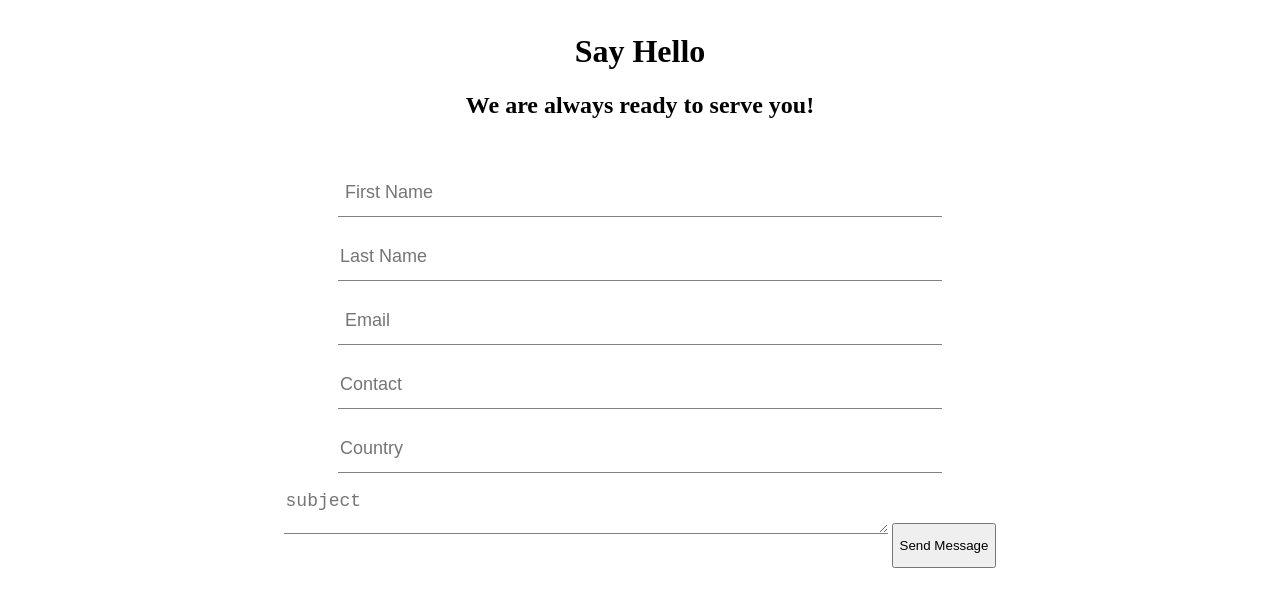
Repository: Owusuharriet/HW1-HAMAH.index.html
Page: index.htm
The author's editor kept a copy of each file at every save. The page is drawn from the files as they stood at one save, then again after the next save.
The browser window is 1280 px wide. The pictures show the whole page.

Above is the page before, as saved 2020-08-03 23:35:15.

### index.htm
<!DOCTYPE html>
<html lang="en">
<head>
    <meta charset="UTF-8">
    <meta name="viewport" content="width=device-width, initial-scale=1.0">
    <link rel="stylesheet" href="./style.css">
    <title>Contact Form</title>
</head>
<body>
    <div class="contact-title">
        <h1>Say Hello</h1>
        <h2>We are always ready to serve you!</h2>
    </div>

    <form class="contact-form">
        <from id="contact-form" method="post" action="">
        <input name="name" type="text" class="form-control" placeholder=" First Name" required>
        <br>
        <input name="name" type="text" class="form-control" placeholder="Last Name" required>
        <br>
        <input name="emial" type="email" class="form-control" placeholder=" Email"required>
        <br>
        <input name="contact" type="contact" class="form-control" placeholder="Contact" required>
        <br>
        <input name="Country" type="country" class="form-control" placeholder="Country" required>
        <br>
        <textarea name="subject" type="subject" class="form-control" placeholder="subject" required></textarea>

        <input type="submit" class="form-center submit" value="Send Message">
    </form>


    </div>


</body>
</html>

### style.css
body{
    margin: 6px;
    padding: 6px;
    text-align: center;
    background-color:b;

    background-size: cover;
    background-position: center;

}
.content-title{
    margin-top: 100px;
    color: rgb(43, 36, 36);
    text-transform: uppercase;
    transition: all 2 ease-in-out;

}
.content-title h1{
    font-size: 32px;
    line-height: 10px;
}

.content-title h2{
    font-size: 10px;
}

form{
    margin-top: 50px;
    transition: all;
}

.form-control{
    width: 600px;
    background: transparent;
    border: none;
    outline: none;
    border-bottom: 1px solid gray;
    color:#ffffff;
    font-size: 18px;
    margin-bottom: 16px;
}

input{
    height: 45px;

}

form.submit{
    background: green;
    border-color: none;
    color: none;
    font-size: 20px;
    font-weight: bold;
    letter-spacing: 3px;
}

form.submit:hover{
    background-color: peachpuff;
    cursor: pointer;
}

After the next save:
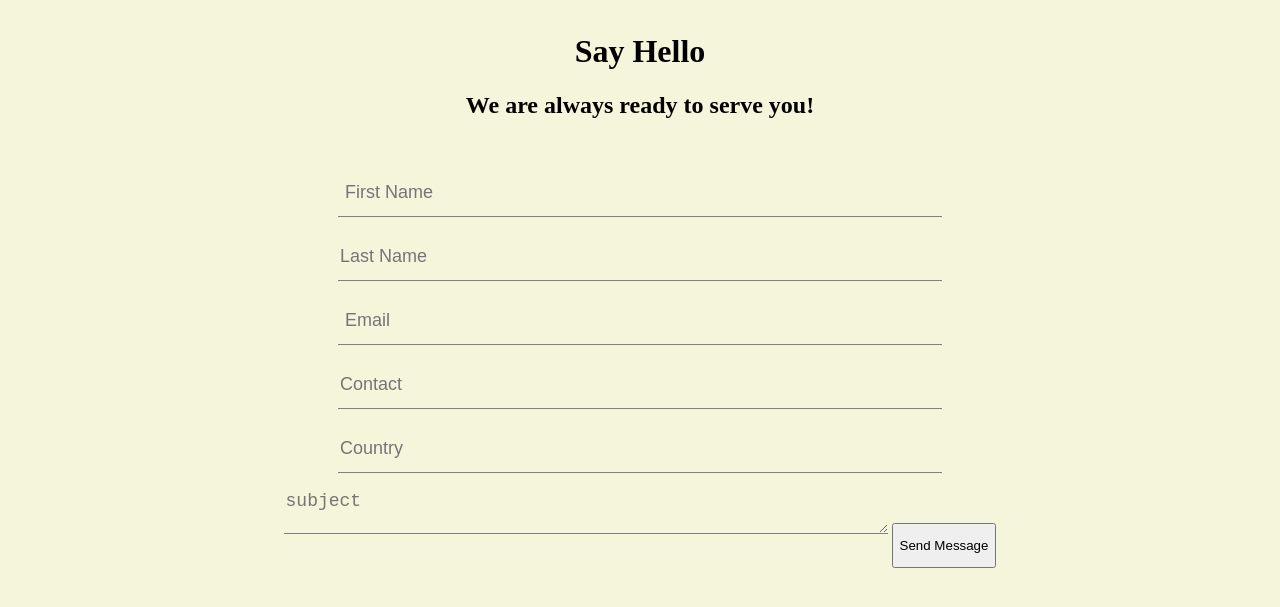
Saved 5 s later.
--- a/style.css
+++ b/style.css
@@ -2,7 +2,7 @@ body{
     margin: 6px;
     padding: 6px;
     text-align: center;
-    background-color:b;
+    background-color:beige;
 
     background-size: cover;
     background-position: center;
